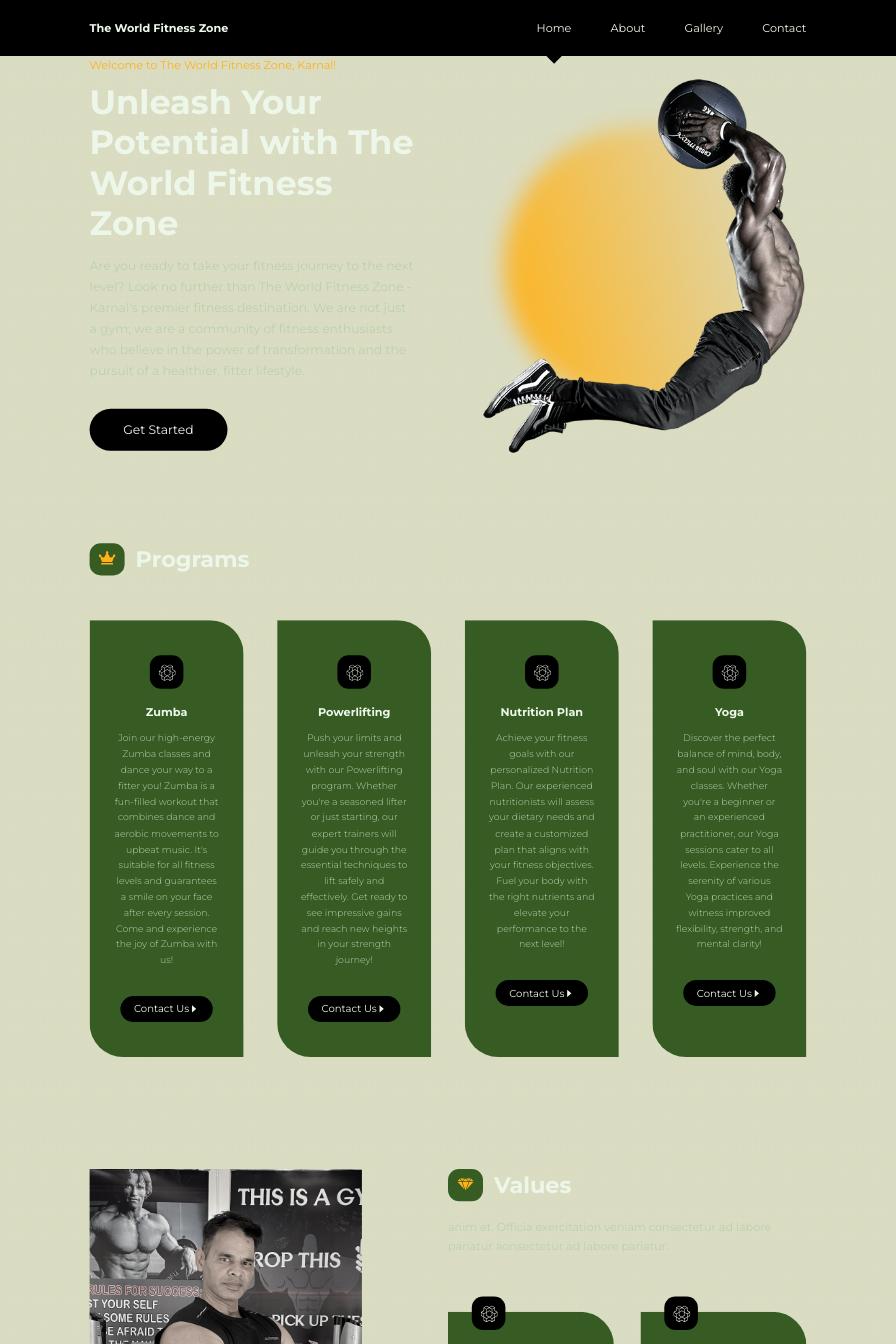
Repository: aryaMode/gym-portfolio
Page: /
These files come from the project's save history. The page is drawn as it stood at one moment and after the next save; the edit follows.
The browser window is 1280 px wide. The pictures show the part of the page from y = 0 to 1920 px (the page is 4873 px tall), at 70% of full size.
The project was rebuilt for these pictures with package versions that can differ from the ones it lists, and the page was loaded fresh each time. Also part of the build but not shown: src/pages/about/about.css, src/components/Header.jsx, src/pages/about/About.jsx, src/pages/contact/contact.css, src/pages/contact/Contact.jsx, src/pages/gallery/gallery.css, src/pages/gallery/Gallery.jsx, src/pages/notFound/notFound.css and 6 more.

Above is the page before, as saved 2023-07-20 17:36:17.

After the next save:
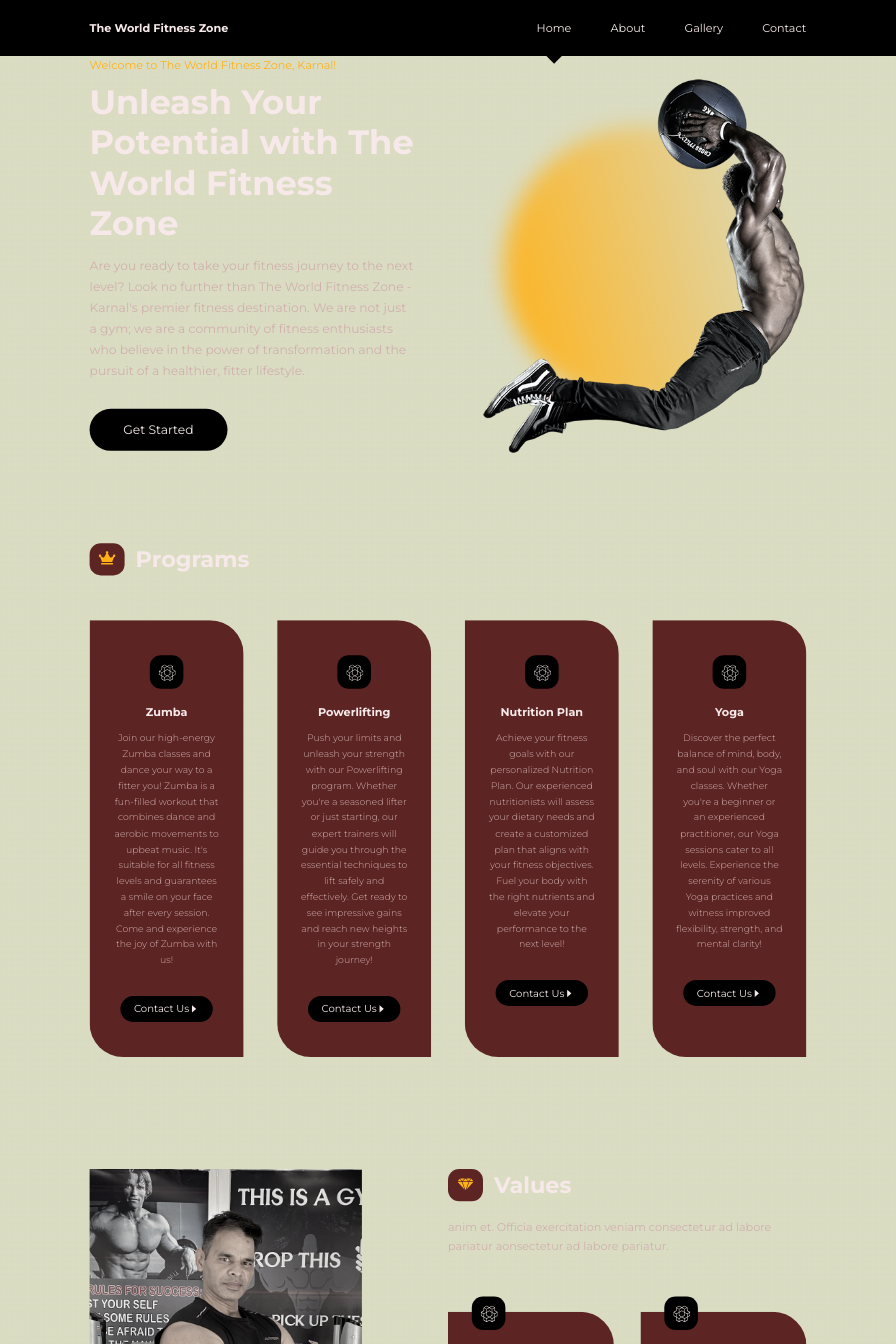
Saved 7 s later.
--- a/src/index.css
+++ b/src/index.css
@@ -11,7 +11,7 @@
  /* CSS Global variable starts with :root {...} check w3school docs for more  info */
  :root{
     --primary-hue: 210;
-    --gray-hue: 100;
+    --gray-hue: 1;
     /* hsl (hue, saturation, lightness) */
     --color-primary: black;
     --color-primary-variant: hsl(var(--primary-hue), 100%, 65%);
